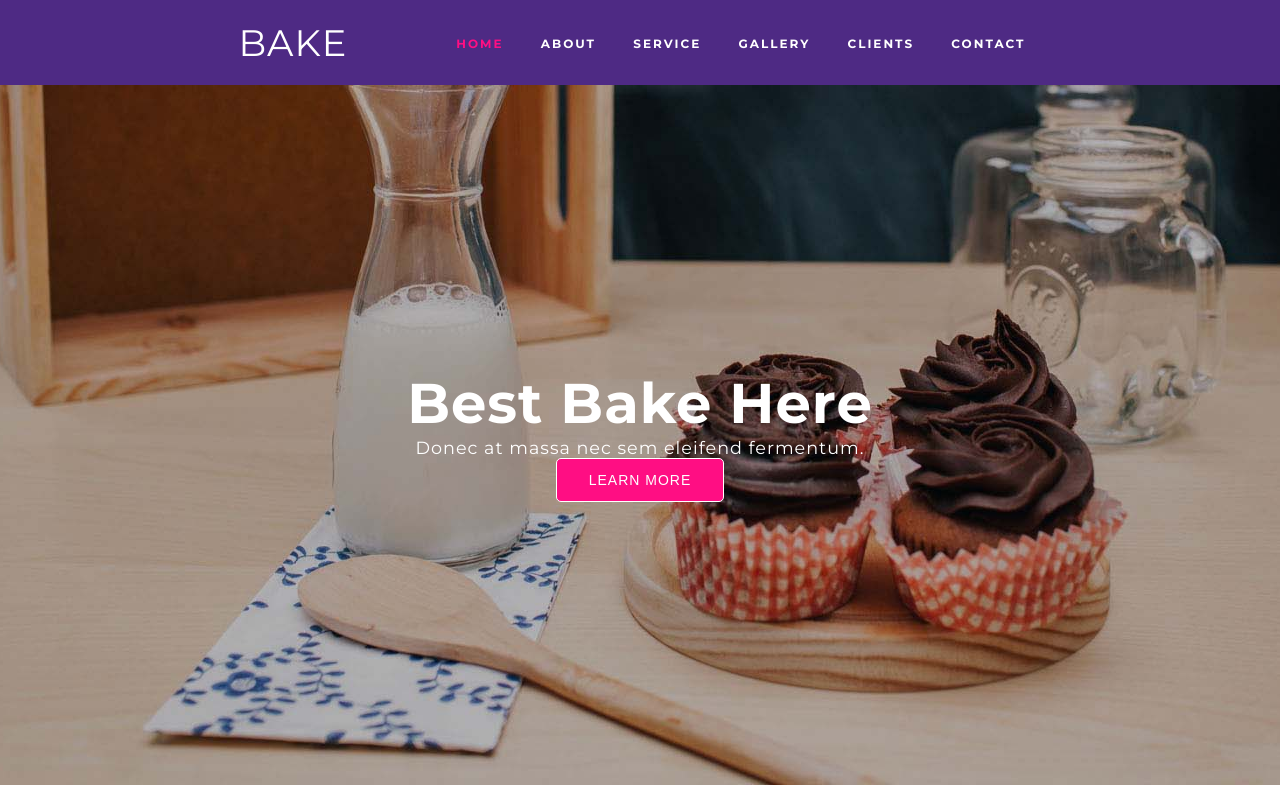
Repository: ducdatit2002/bake-cake
Page: index.html
The author's editor kept a copy of each file at every save. The page is drawn from the files as they stood at one save, then again after a run of saves.
The browser window is 1280 px wide. The pictures show the whole page.

Above is the page before, as saved 2023-07-13 00:24:27.

After the next 2 saves:
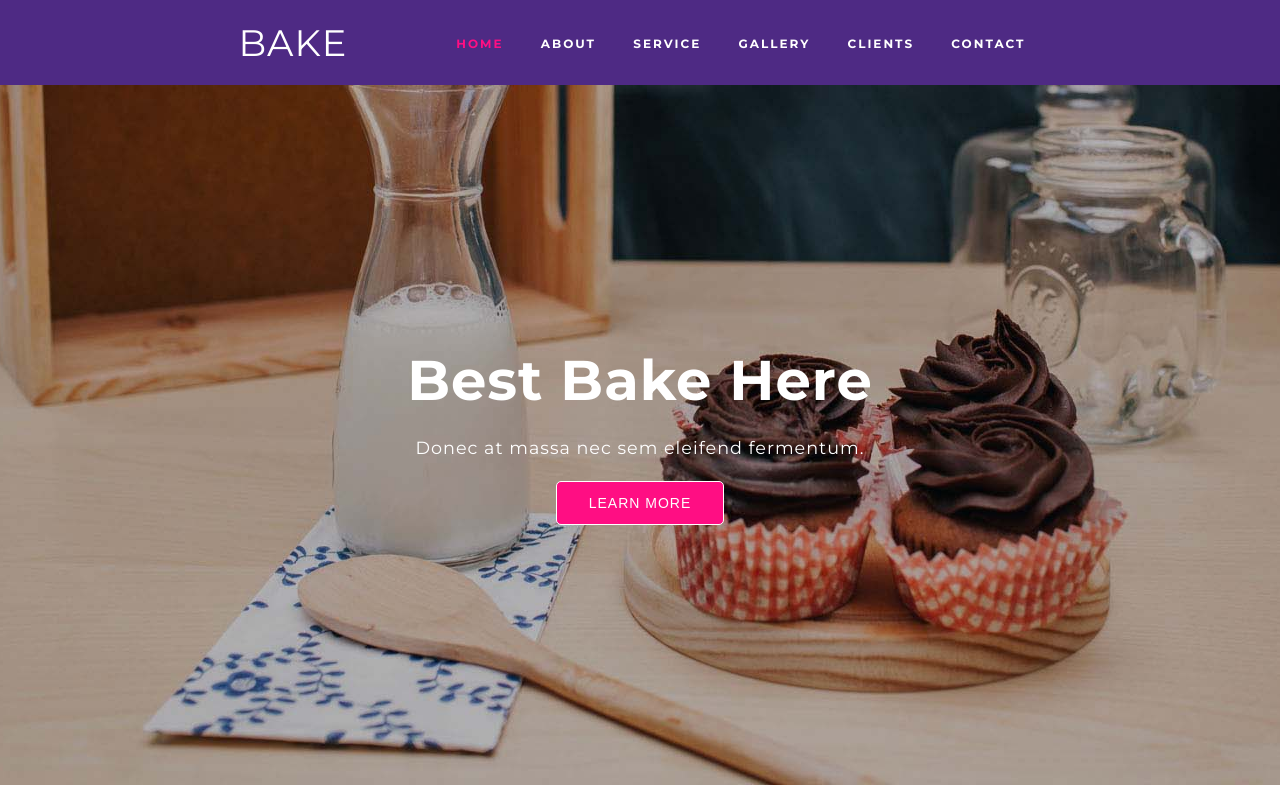
The 2 saves are shown as one change because they came seconds apart.
The last was saved 11 s later.
--- a/index.css
+++ b/index.css
@@ -93,5 +93,5 @@ header {
 }
 .carousel__content p {
     font-size: 1.1rem;
-    padding:
+    padding: 23px 0;
 }
